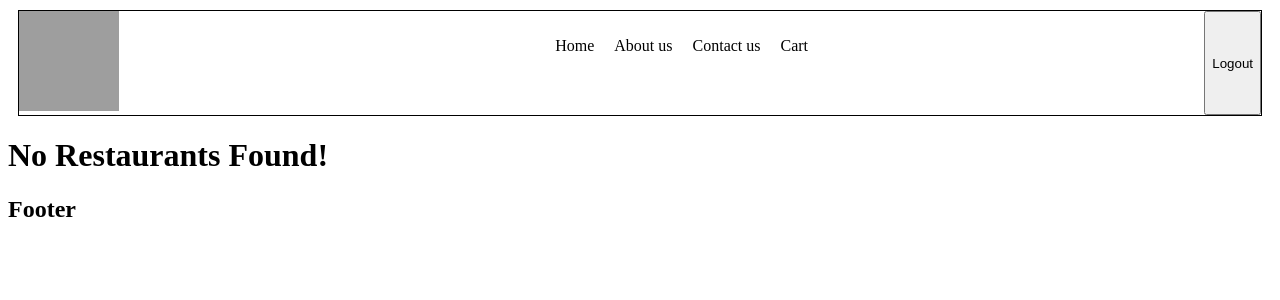
Repository: shivamv97/FOOD-VILLA-APP
Page: /
These files come from the project's save history. The page is drawn as it stood at one moment and after the next save; the edit follows.
The browser window is 1280 px wide. The pictures show the whole page.
Pictures or frames that could not be fetched are drawn as grey boxes. The page's requests for data from a server got no answer. The project was rebuilt for these pictures with package versions that can differ from the ones it lists, and the page was loaded fresh each time. No one was signed in, and anything a server would have sent is missing. Also part of the build but not shown: src/components/RestaurantCards.js, src/components/shimmer.js.

Above is the page before, as saved 2024-07-27 01:27:55.

### index.html
<!DOCTYPE html>
<html lang="en">
  <head>
    <meta charset="UTF-8" />
    <meta name="viewport" content="width=device-width, initial-scale=1.0" />
    <title>Learning REACT</title>
    <link rel="stylesheet" href="style.css" />
  </head>
  <body>
    <div id="root">Not Rendered</div>
    <!-- <script
      crossorigin
      src="https://unpkg.com/react@18/umd/react.development.js"
    ></script>
    <script
      crossorigin
      src="https://unpkg.com/react-dom@18/umd/react-dom.development.js"
    ></script> -->
    <script type="module" src="src/App.js"></script>
  </body>
</html>

### style.css
.header {
  display: flex;
  justify-content: space-between;
  margin: 10px;
  border: 1px solid black;
}
.nav-items > ul {
  list-style-type: none;
  display: flex;
}

.nav-items > ul > li {
  padding: 10px;
}
.logo {
  width: 100px;
  height: 100px;
}

.card {
  width: 255px;
  border: 1px solid black;
  padding: 10px;
  margin: 10px;
  overflow-wrap: break-word;
}

.card > img {
  width: 100%;
}

.restaurant-list {
  display: flex;
  flex-wrap: wrap;
}

### src/App.js
import React from "react";
import ReactDOM from "react-dom/client";
import HeaderComponent from "./components/Title";
import Body from "./components/Body";
import Footer from "./components/Footer";

/*
Header
   -logo
   -Nav item(right side)
   -cart
Body
   -Search bar
   -RestrauntList
     -RestrauntCard
     -Image
     -Name
     -Ratings
     -Cusines
Footer
     -Links
     -Copyrigh
*/

const AppLayout = () => {
  return (
    <>
      <HeaderComponent />
      <Body />
      <Footer />
    </>
  );
};

const root = ReactDOM.createRoot(document.getElementById("root"));

root.render(<AppLayout />); //it will override children of div element

### src/components/Title.js
import { useState } from "react";

const Title = () => (
  <a href="/ ">
    <img
      className="logo"
      alt="logo"
      src="https://encrypted-tbn0.gstatic.com/images?q=tbn:ANd9GcTJtFXKFKFoihdrJEvX4jBtXqfcO2kJ0KAlIg&s"
    />
  </a>
);

const HeaderComponent = () => {
  const [isLoggedIn, setisLoggedIn] = useState(true);
  return (
    <div className="header">
      <Title />
      <div className="nav-items">
        <ul>
          <li>Home</li>
          <li>About us</li>
          <li>Contact us</li>
          <li>Cart</li>
        </ul>
      </div>
      {isLoggedIn ? (
        <button onClick={() => setisLoggedIn(false)}>Logout</button>
      ) : (
        <button onClick={() => setisLoggedIn(true)}>Login</button>
      )}
    </div>
  );
};

export default HeaderComponent;

### src/components/Body.js
import { restaurantlist } from "../config";
import RestrauntCard from "./RestaurantCards";
import { useState, useEffect } from "react";
import Shimmer from "./shimmer";

function filterdata(searchText, restaurants) {
  return restaurants.filter((restaurant) =>
    restaurant.info.name.toLowerCase().includes(searchText.toLowerCase())
  );
}

const Body = () => {
  // const searchTxt = "KFC"; //for reference...(IN JS)
  const [AllRestaurants, setAllRestaurants] = useState([]);
  const [FilteredRestaurants, setFilteredRestaurants] = useState([]); //restaurantlist
  const [searchText, setsearchText] = useState(""); //To create state variable.......(IN REACT)
  // console.log("render()");

  useEffect(() => {
    //API call
    GetRestaurants();
  }, []);

  async function GetRestaurants() {
    const data = await fetch(
      "https://www.swiggy.com/dapi/restaurants/list/v5?lat=28.7040592&lng=77.10249019999999&collection=83667"
    );
    const json = await data.json();
    console.log(json);
    //you have to make change only in line 32,in cards[i],where i is keep changing in the above api link,try from 0-11
    //it's an config-driven UI,Hence,it's Grid Element position keeps on changing.......
    setAllRestaurants(
      json?.data?.cards[1]?.card?.card?.gridElements?.infoWithStyle?.restaurants
    );
    setFilteredRestaurants(
      json?.data?.cards[1]?.card?.card?.gridElements?.infoWithStyle?.restaurants
    );
  }

  console.log("render");

  //Don't render component(Early Return)
  // if (!AllRestaurants) return null;
  if (FilteredRestaurants?.length === 0) return <h1>No Restaurants Found!</h1>;

  //Conditional rendering
  return AllRestaurants?.length == 0 ? (
    <Shimmer />
  ) : (
    <>
      <div className="search-box">
        <input
          type="text"
          className="search-input"
          placeholder="Search"
          value={searchText}
          onChange={(e) => {
            setsearchText(e.target.value);
          }}
        />
        <button
          className="search-btn"
          onClick={() => {
            //filter the data according to need
            const data = filterdata(searchText, AllRestaurants);
            setFilteredRestaurants(data);
            //need to update the state-restaurants
          }}
        >
          Search
        </button>
      </div>
      <div className="restaurant-list">
        {
          FilteredRestaurants.map((restaurant) => {
            return (
              <RestrauntCard key={restaurant.info.id} {...restaurant.info} />
            );
          })
          //H.W. => 1.PROPER PLACE FOR NO RESTAURANTS FOUND   2.SEARCH WENT OFF WHEN IT IS SHOWING NO RESTAURANTS FOUND..........
        }
      </div>
    </>
  );
};

export default Body;

### src/components/Footer.js
const Footer = () => {
  return <h2>Footer</h2>;
};

export default Footer;

### src/config.js
//PUT MY all Hard Coded File Here
export const Img_cdn_url =
  "https://media-assets.swiggy.com/swiggy/image/upload/fl_lossy,f_auto,q_auto,w_660/";

//Config Driven UI
export const restaurantlist = [
  //public API of Swiggy
  {
    "@type": "type.googleapis.com/swiggy.presentation.food.v2.Restaurant",
    info: {
      id: "8561",
      name: "Mughlai Junction",
      cloudinaryImageId: "tnl2yuuxi8zjbgru6iqj",
      locality: "Connaught Place",
      areaName: "Connaught Place",
      costForTwo: "₹600 for two",
      cuisines: ["Mughlai", "North Indian", "Tandoor"],
      avgRating: 4.3,
      parentId: "5354",
      avgRatingString: "4.3",
      totalRatingsString: "10K+",
      promoted: true,
      adTrackingId:
        "cid=15007607~p=0~adgrpid=15007607#ag1~mp=SWIGGY_IN~bl=FOOD~aet=RESTAURANT~aeid=8561~eid=321f01bc-98c6-405c-89d6-b18422bb8f70~srvts=1721229990431~collid=83639",
      sla: {
        deliveryTime: 37,
        lastMileTravel: 4.8,
        serviceability: "SERVICEABLE",
        slaString: "35-40 mins",
        lastMileTravelString: "4.8 km",
        iconType: "ICON_TYPE_EMPTY",
      },
      availability: {
        nextCloseTime: "2024-07-17 23:00:00",
        opened: true,
      },
      badges: {},
      isOpen: true,
      type: "F",
      badgesV2: {
        entityBadges: {
          textExtendedBadges: {},
          textBased: {},
          imageBased: {},
        },
      },
      aggregatedDiscountInfoV3: {
        header: "10% OFF",
        subHeader: "UPTO ₹35",
      },
      orderabilityCommunication: {
        title: {},
        subTitle: {},
        message: {},
        customIcon: {},
      },
      differentiatedUi: {
        displayType: "ADS_UI_DISPLAY_TYPE_ENUM_DEFAULT",
        differentiatedUiMediaDetails: {
          mediaType: "ADS_MEDIA_ENUM_IMAGE",
          lottie: {},
          video: {},
        },
      },
      reviewsSummary: {},
      displayType: "RESTAURANT_DISPLAY_TYPE_DEFAULT",
      restaurantOfferPresentationInfo: {},
      externalRatings: {
        aggregatedRating: {
          rating: "4.4",
          ratingCount: "1K+",
        },
        source: "GOOGLE",
        sourceIconImageId: "v1704440323/google_ratings/rating_google_tag",
      },
      ratingsDisplayPreference: "RATINGS_DISPLAY_PREFERENCE_SHOW_SWIGGY",
    },
    analytics: {},
    cta: {
      link: "swiggy://menu?restaurant_id=8561&source=collection&query=Biryani",
      text: "RESTAURANT_MENU",
      type: "DEEPLINK",
    },
    widgetId: "collectionV5RestaurantListWidget_SimRestoRelevance_food",
  },

  {
    "@type": "type.googleapis.com/swiggy.presentation.food.v2.Restaurant",
    info: {
      id: "817359",
      name: "Zahra Restaurant & Cafe",
      cloudinaryImageId: "asaqtuuszx7hzmxpnfpo",
      locality: "Old Delhi",
      areaName: "Old Delhi",
      costForTwo: "₹300 for two",
      cuisines: ["Indian", "Tandoor", "Kebabs", "Snacks", "Biryani"],
      avgRating: 4.3,
      parentId: "229129",
      avgRatingString: "4.3",
      totalRatingsString: "100+",
      sla: {
        deliveryTime: 29,
        lastMileTravel: 1.3,
        serviceability: "SERVICEABLE",
        slaString: "25-30 mins",
        lastMileTravelString: "1.3 km",
        iconType: "ICON_TYPE_EMPTY",
      },
      availability: {
        nextCloseTime: "2024-07-17 22:59:00",
        opened: true,
      },
      badges: {},
      isOpen: true,
      type: "F",
      badgesV2: {
        entityBadges: {
          textExtendedBadges: {},
          textBased: {},
          imageBased: {},
        },
      },
      aggregatedDiscountInfoV3: {
        header: "50% OFF",
        subHeader: "UPTO ₹100",
      },
      orderabilityCommunication: {
        title: {},
        subTitle: {},
        message: {},
        customIcon: {},
      },
      differentiatedUi: {
        displayType: "ADS_UI_DISPLAY_TYPE_ENUM_DEFAULT",
        differentiatedUiMediaDetails: {
          mediaType: "ADS_MEDIA_ENUM_IMAGE",
          lottie: {},
          video: {},
        },
      },
      reviewsSummary: {},
      displayType: "RESTAURANT_DISPLAY_TYPE_DEFAULT",
      restaurantOfferPresentationInfo: {},
      externalRatings: {
        aggregatedRating: {
          rating: "--",
        },
      },
      ratingsDisplayPreference: "RATINGS_DISPLAY_PREFERENCE_SHOW_SWIGGY",
    },
    analytics: {},
    cta: {
      link: "swiggy://menu?restaurant_id=817359&source=collection&query=Biryani",
      text: "RESTAURANT_MENU",
      type: "DEEPLINK",
    },
    widgetId: "collectionV5RestaurantListWidget_SimRestoRelevance_food",
  },

  {
    "@type": "type.googleapis.com/swiggy.presentation.food.v2.Restaurant",
    info: {
      id: "81523",
      name: "Amma Mess",
      cloudinaryImageId: "a09jpzja1zusso85bbmz",
      locality: "Karol Bagh",
      areaName: "Karol Bagh",
      costForTwo: "₹300 for two",
      cuisines: ["South Indian"],
      avgRating: 4.5,
      parentId: "15687",
      avgRatingString: "4.5",
      totalRatingsString: "10K+",
      promoted: true,
      adTrackingId:
        "cid=15010070~p=1~adgrpid=15010070#ag1~mp=SWIGGY_IN~bl=FOOD~aet=RESTAURANT~aeid=81523~eid=b2807d99-426d-4265-8bac-9448c8101a5f~srvts=1721229990431~collid=83639",
      sla: {
        deliveryTime: 37,
        lastMileTravel: 6.3,
        serviceability: "SERVICEABLE",
        slaString: "35-40 mins",
        lastMileTravelString: "6.3 km",
        iconType: "ICON_TYPE_EMPTY",
      },
      availability: {
        nextCloseTime: "2024-07-17 22:30:00",
        opened: true,
      },
      badges: {},
      isOpen: true,
      aggregatedDiscountInfoV2: {},
      type: "F",
      badgesV2: {
        entityBadges: {
          textBased: {},
          imageBased: {},
          textExtendedBadges: {},
        },
      },
      orderabilityCommunication: {
        title: {},
        subTitle: {},
        message: {},
        customIcon: {},
      },
      differentiatedUi: {
        displayType: "ADS_UI_DISPLAY_TYPE_ENUM_DEFAULT",
        differentiatedUiMediaDetails: {
          mediaType: "ADS_MEDIA_ENUM_IMAGE",
          lottie: {},
          video: {},
        },
      },
      reviewsSummary: {},
      displayType: "RESTAURANT_DISPLAY_TYPE_DEFAULT",
      restaurantOfferPresentationInfo: {},
      externalRatings: {
        aggregatedRating: {
          rating: "4.2",
          ratingCount: "1K+",
        },
        source: "GOOGLE",
        sourceIconImageId: "v1704440323/google_ratings/rating_google_tag",
      },
      ratingsDisplayPreference: "RATINGS_DISPLAY_PREFERENCE_SHOW_SWIGGY",
    },
    analytics: {},
    cta: {
      link: "swiggy://menu?restaurant_id=81523&source=collection&query=Biryani",
      text: "RESTAURANT_MENU",
      type: "DEEPLINK",
    },
    widgetId: "collectionV5RestaurantListWidget_SimRestoRelevance_food",
  },

  {
    "@type": "type.googleapis.com/swiggy.presentation.food.v2.Restaurant",
    info: {
      id: "144716",
      name: "Mughlai Invitation",
      cloudinaryImageId: "a4530760ed2ff35b487605618cc6dc45",
      areaName: "Chandni Chowk",
      costForTwo: "₹200 for two",
      cuisines: ["Indian", "Mughlai", "Biryani", "Sweets"],
      avgRating: 4.6,
      parentId: "141076",
      avgRatingString: "4.6",
      totalRatingsString: "100+",
      sla: {
        deliveryTime: 30,
        lastMileTravel: 1.5,
        serviceability: "SERVICEABLE",
        slaString: "30-35 mins",
        lastMileTravelString: "1.5 km",
        iconType: "ICON_TYPE_EMPTY",
      },
      availability: {
        nextCloseTime: "2024-07-17 22:59:00",
        opened: true,
      },
      badges: {},
      isOpen: true,
      aggregatedDiscountInfoV2: {},
      type: "F",
      badgesV2: {
        entityBadges: {
          textExtendedBadges: {},
          textBased: {},
          imageBased: {},
        },
      },
      orderabilityCommunication: {
        title: {},
        subTitle: {},
        message: {},
        customIcon: {},
      },
      differentiatedUi: {
        displayType: "ADS_UI_DISPLAY_TYPE_ENUM_DEFAULT",
        differentiatedUiMediaDetails: {
          mediaType: "ADS_MEDIA_ENUM_IMAGE",
          lottie: {},
          video: {},
        },
      },
      reviewsSummary: {},
      displayType: "RESTAURANT_DISPLAY_TYPE_DEFAULT",
      restaurantOfferPresentationInfo: {},
      externalRatings: {
        aggregatedRating: {
          rating: "4.8",
          ratingCount: "100+",
        },
        source: "GOOGLE",
        sourceIconImageId: "v1704440323/google_ratings/rating_google_tag",
      },
      ratingsDisplayPreference: "RATINGS_DISPLAY_PREFERENCE_SHOW_SWIGGY",
    },
    analytics: {},
    cta: {
      link: "swiggy://menu?restaurant_id=144716&source=collection&query=Biryani",
      text: "RESTAURANT_MENU",
      type: "DEEPLINK",
    },
    widgetId: "collectionV5RestaurantListWidget_SimRestoRelevance_food",
  },

  {
    "@type": "type.googleapis.com/swiggy.presentation.food.v2.Restaurant",
    info: {
      id: "64321",
      name: "Southern Masala",
      cloudinaryImageId: "14527e27a298304dd07904f777372cb5",
      locality: "Karol Bagh",
      areaName: "Karol Bagh",
      costForTwo: "₹350 for two",
      cuisines: ["Andhra", "Biryani", "South Indian", "Thalis"],
      avgRating: 3.9,
      parentId: "17286",
      avgRatingString: "3.9",
      totalRatingsString: "1K+",
      promoted: true,
      adTrackingId:
        "cid=15472783~p=2~adgrpid=15472783#ag1~mp=SWIGGY_IN~bl=FOOD~aet=RESTAURANT~aeid=64321~eid=785e1ed6-7474-46a2-ba9f-4a9325d5fabc~srvts=1721229990431~collid=83639",
      sla: {
        deliveryTime: 38,
        lastMileTravel: 5,
        serviceability: "SERVICEABLE",
        slaString: "35-40 mins",
        lastMileTravelString: "5.0 km",
        iconType: "ICON_TYPE_EMPTY",
      },
      availability: {
        nextCloseTime: "2024-07-17 22:00:00",
        opened: true,
      },
      badges: {},
      isOpen: true,
      type: "F",
      badgesV2: {
        entityBadges: {
          textBased: {},
          imageBased: {},
          textExtendedBadges: {},
        },
      },
      aggregatedDiscountInfoV3: {
        header: "₹125 OFF",
        subHeader: "ABOVE ₹199",
        discountTag: "FLAT DEAL",
      },
      orderabilityCommunication: {
        title: {},
        subTitle: {},
        message: {},
        customIcon: {},
      },
      differentiatedUi: {
        displayType: "ADS_UI_DISPLAY_TYPE_ENUM_DEFAULT",
        differentiatedUiMediaDetails: {
          mediaType: "ADS_MEDIA_ENUM_IMAGE",
          lottie: {},
          video: {},
        },
      },
      reviewsSummary: {},
      displayType: "RESTAURANT_DISPLAY_TYPE_DEFAULT",
      restaurantOfferPresentationInfo: {},
      externalRatings: {
        aggregatedRating: {
          rating: "4.1",
          ratingCount: "100+",
        },
        source: "GOOGLE",
        sourceIconImageId: "v1704440323/google_ratings/rating_google_tag",
      },
      ratingsDisplayPreference: "RATINGS_DISPLAY_PREFERENCE_SHOW_SWIGGY",
    },
    analytics: {},
    cta: {
      link: "swiggy://menu?restaurant_id=64321&source=collection&query=Biryani",
      text: "RESTAURANT_MENU",
      type: "DEEPLINK",
    },
    widgetId: "collectionV5RestaurantListWidget_SimRestoRelevance_food",
  },
];

After the next save:
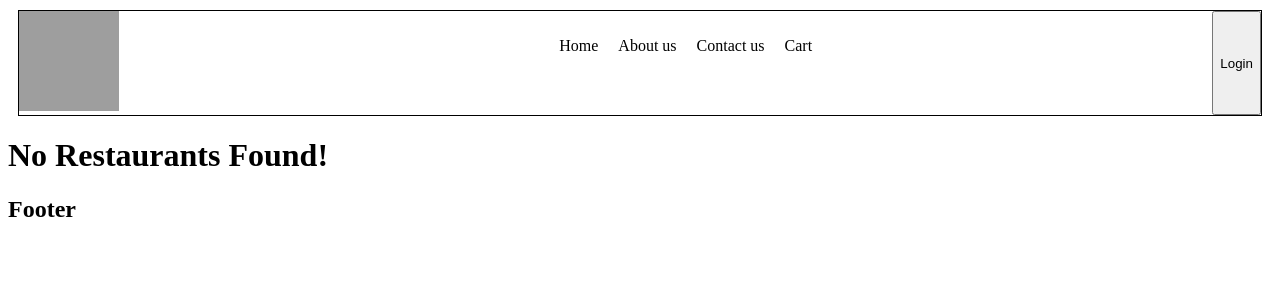
Saved 2 min 0 s later.
--- a/src/components/Title.js
+++ b/src/components/Title.js
@@ -11,7 +11,7 @@ const Title = () => (
 );
 
 const HeaderComponent = () => {
-  const [isLoggedIn, setisLoggedIn] = useState(true);
+  const [isLoggedIn, setisLoggedIn] = useState(false);
   return (
     <div className="header">
       <Title />
